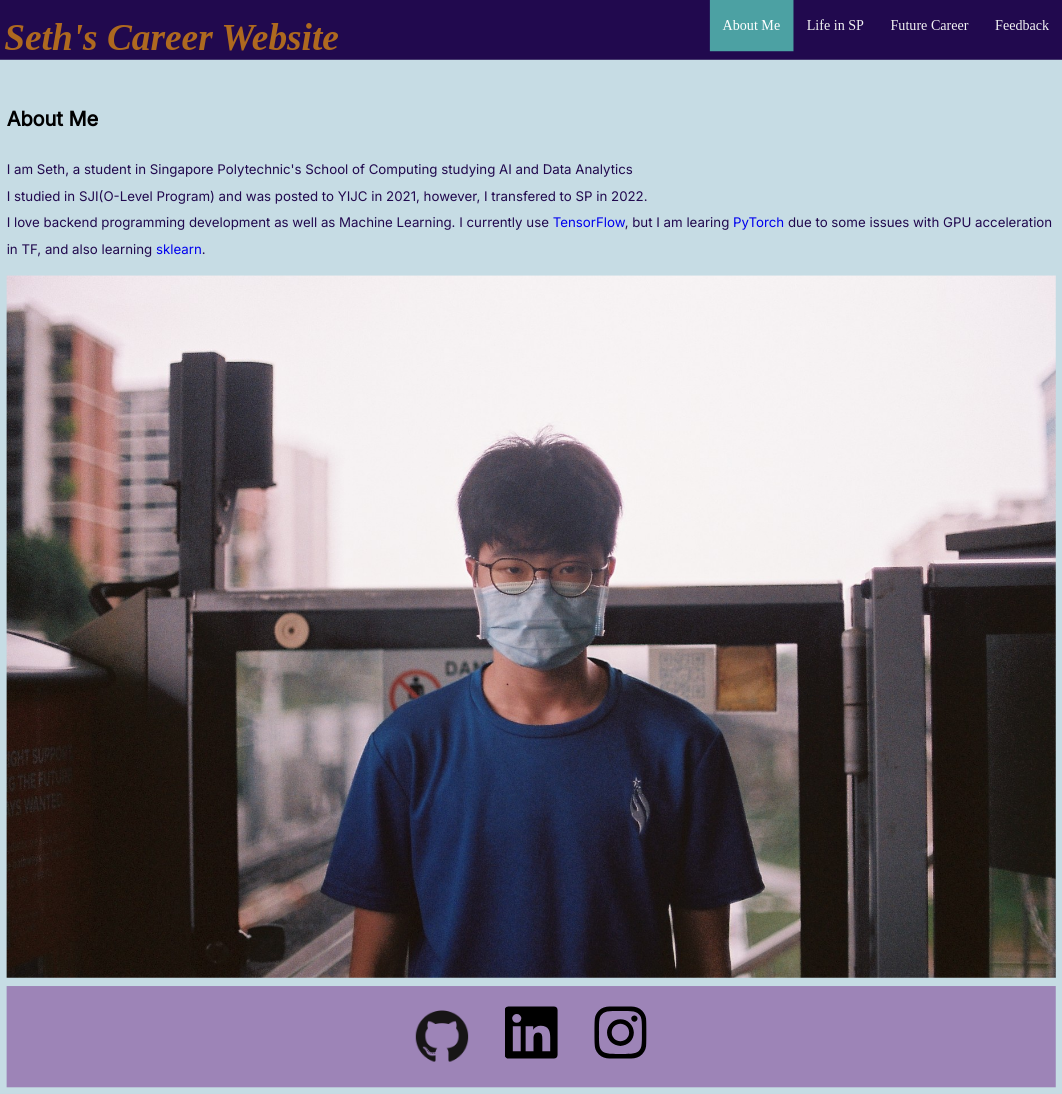
Repository: idkSeth/SP-FED-Website
Page: index.html
The author's editor kept a record of every edit. The page is drawn from the files as they stood at one moment, then again after the next edit.
The browser window is 1280 px wide. The pictures show the whole page, at 83% of full size.
Some web fonts or font styles are not loaded; a fallback is used.

Above is the page before.

### index.html
<!DOCTYPE html>
<html lang="en">
<head>
    <title>Seth's Career Website</title>
    <meta charset="UTF-8">
    <script src="scripts.js"></script>
    <noscript>Your browser does not support JavaScript! Please use a browser that supports JavaScript.</noscript>
    <link rel="preconnect" href="https://fonts.googleapis.com">
    <link rel="preconnect" href="https://fonts.gstatic.com" crossorigin>
    <link href="https://fonts.googleapis.com/css2?family=ZCOOL+QingKe+HuangYou&display=swap" rel="stylesheet">
    <link href="https://fonts.googleapis.com/css2?family=Inter&family=Open+Sans&display=swap" rel="stylesheet">
    <link rel="stylesheet" href="styles.css">
</head>

<body>
    <header>
        <a class="awesome" href="index.html">Seth's Career Website</a>
        <div class="topnav">
            <a class="current" href="index.html">About Me</a>
            <a href="life.html">Life in SP</a>
            <a href="future.html">Future Career</a>
            <a href="feedback.html">Feedback</a>
        </div>
    </header>

        <div id="about">
            <h2>About Me</h2>
            <p>
                I am Seth, a student in Singapore Polytechnic's School of Computing studying AI and Data Analytics <br>
                I studied in SJI(O-Level Program) and was posted to YIJC in 2021, however, I transfered to SP in 2022. <br>
                I love backend programming development as well as Machine Learning. I currently use <a href="https://www.tensorflow.org/" target="_blank" rel="noopener">TensorFlow</a>, but I am learing <a href="https://pytorch.org/" target="_blank" rel="noopener">PyTorch</a> due to some issues with GPU acceleration in TF, and also learning <a href="https://scikit-learn.org/" target="_blank" rel="noopener">sklearn</a>.
            </p>
            <img id="seth-photo" src="images/F1000028.JPG" alt="Photo of Seth">
        </div>



        <footer>
            <div id="social">
                <a href="https://github.com/idkSeth" target="_blank" rel="noopener"><img src="images/icons/GitHub-Mark-120px-plus.png" alt="GitHub"></a>
                <a href="https://www.linkedin.com/in/seth-yong-00672b229/" target="_blank" rel="noopener"><img src="/images/icons/linkedin-brands.svg" alt="LinkedIn"></a>
                <a href="https://www.instagram.com/ds047_seth" target="_blank" rel="noopener"><img src="/images/icons/instagram-brands.svg" alt="Instagram"></a>
            </div>
        </footer>
</body>

### styles.css
body {
    background-color:  #C6DCE4;
    margin-top: 100px;
    padding: 0;
    font-family: 'Inter', sans-serif;
    font-weight: normal;
    line-height: 2;
}

#about {
    align-content: center;
    margin: auto;
    padding: auto;
    text-align: center;
    top: 50%;
    text-align: left;
    margin: auto;
    width: 100%;
    height: 100%;
}

#social {
  text-align: center;
  width: 100%;
}

#social a img {
  width: 5%;
  padding: 20px;
}

p {
    color:#21094E;
}

img {
  object-fit: contain;
  width: 100%;
  margin: auto;
}

footer {
  background-color: #9D84B7;
  bottom: 0;
  left: 0;
  width: 100%;
  margin: 0;
  padding: 0;
}


header {
  font-family: 'ZCOOL QingKe HuangYou', cursive;
  background-color: #21094E;
  min-width: 100%;
  width: 100%;
  height: 10%;
  left: 0;
  top: 0;
  position: absolute;
}

header a {
  padding-left: 5px;
}


/* Add a black background color to the top navigation */
.topnav {
  overflow: hidden;
  float: right;
}

/* Style the links inside the navigation bar */
.topnav a {
  float: left;
  color: #f2f2f2;
  text-align: center;
  padding: 14px 16px;
  text-decoration: none;
  font-size: 17px;
  height: 10%;
}

/* Change the color of links on hover */
.topnav a:hover {
  background-color: #ddd;
  color: black;
}

/* Highlight current page */
.topnav .current {
  background-color: #4CA1A3;
  color: white;
}

a {
  text-decoration: None;
}
.awesome {
    font-family: futura;
    font-style: italic;
    color: #313131;
    font-size: 45px;
    font-weight: bold;
    -webkit-animation: colorchange 20s infinite alternate;
  }

  @-webkit-keyframes colorchange {
    0% {
      color: blue;
    }
    10% {
      color: #8e44ad;
    }
    20% {
      color: #1abc9c;
    }
    30% {
      color: #d35400;
    }
    40% {
      color: blue;
    }
    50% {
      color: #34495e;
    }
    60% {
      color: blue;
    }
    70% {
      color: #2980b9;
    }
    80% {
      color: #f1c40f;
    }
    90% {
      color: #2980b9;
    }
    100% {
      color: pink;
    }
  }

input[type=text], input[type=email] {
  width: 100%;
  padding: 12px 20px;
  margin: 8px 0;
  box-sizing: border-box;
}

input[type=text]:focus, input[type=email]:focus {
  border: 3px solid #555;
}

input[type=button], input[type=submit], input[type=reset] {
  background-color: #04AA6D;
  border: none;
  color: white;
  padding: 16px 32px;
  text-decoration: none;
  margin: 4px 2px;
  cursor: pointer;
}

table.timetable {
  width: 100%;
  background-color: #d5d5d5;
  border-collapse: collapse;
  border-width: 2px;
  border-color: #091353;
  border-style: solid;
  color: #091353;
  margin-bottom: 10px;
}

table.timetable td, table.timetable th {
  border-width: 2px;
  border-color: #091353;
  border-style: solid;
  padding: 3px;
}

table.timetable thead {
  background-color: #9d84b7;
}

table.courses {
  width: 25%;
  background-color: #d5d5d5;
  border-collapse: collapse;
  border-width: 2px;
  border-color: #091353;
  border-style: solid;
  color: #091353;
  margin-bottom: 10px;
}

table.courses td, table.courses th {
  border-width: 2px;
  border-color: #091353;
  border-style: solid;
  padding: 3px;
}

table.courses thead {
  background-color: #9d84b7;
}

li {
  display: inline;
}

Loaded but not shown: scripts.js (no stored copy; drawn as an empty file)

After the next edit:
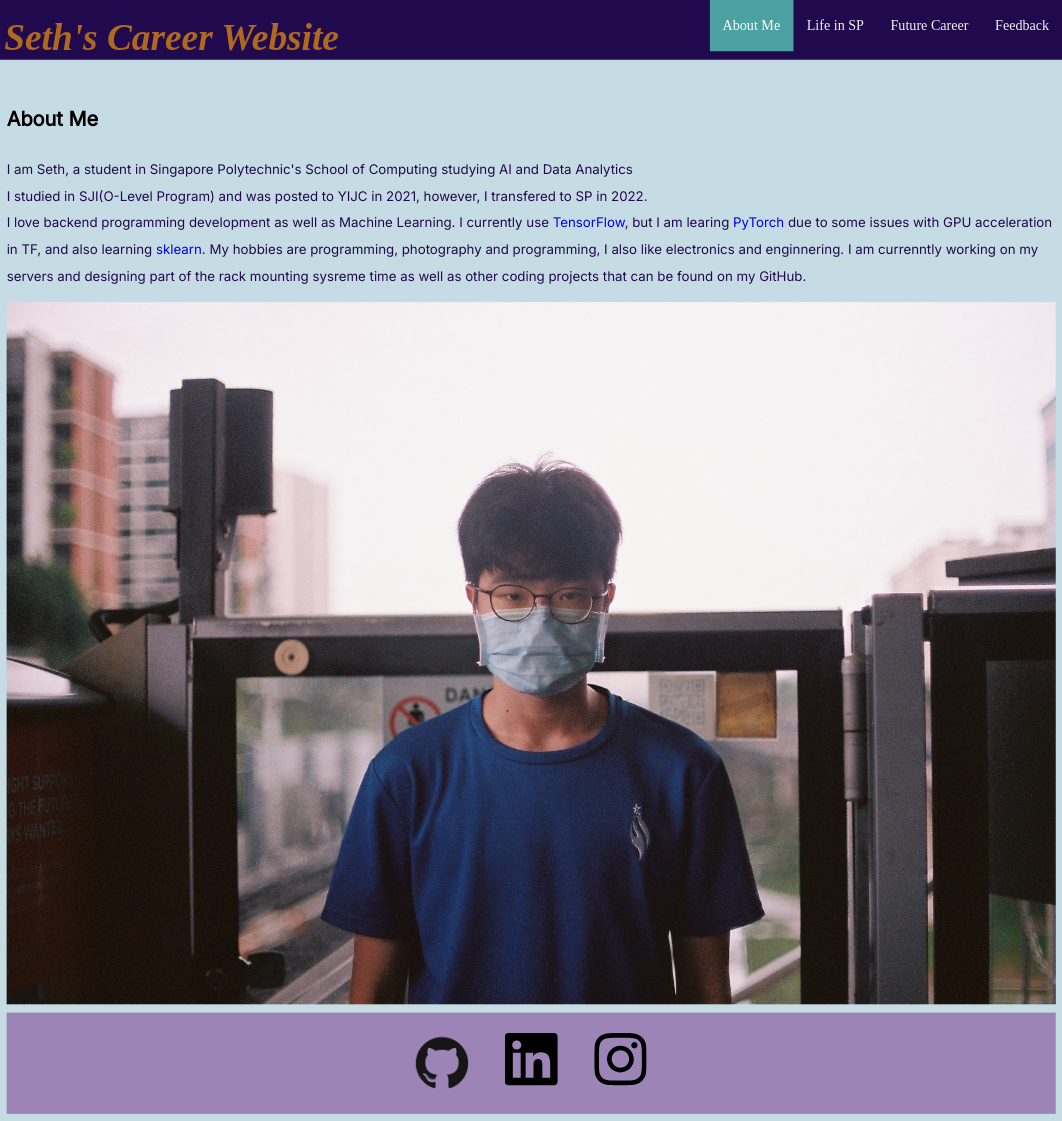
The edit:
--- a/index.html
+++ b/index.html
@@ -29,8 +29,10 @@
                 I am Seth, a student in Singapore Polytechnic's School of Computing studying AI and Data Analytics <br>
                 I studied in SJI(O-Level Program) and was posted to YIJC in 2021, however, I transfered to SP in 2022. <br>
                 I love backend programming development as well as Machine Learning. I currently use <a href="https://www.tensorflow.org/" target="_blank" rel="noopener">TensorFlow</a>, but I am learing <a href="https://pytorch.org/" target="_blank" rel="noopener">PyTorch</a> due to some issues with GPU acceleration in TF, and also learning <a href="https://scikit-learn.org/" target="_blank" rel="noopener">sklearn</a>.
+                My hobbies are programming, photography and programming, I also like electronics and enginnering.
+                I am currenntly working on my servers and designing part of the rack mounting sysreme time as well as other coding projects that can be found on my GitHub.
             </p>
-            <img id="seth-photo" src="images/F1000028.JPG" alt="Photo of Seth">
+            <img src="images/F1000028.JPG" alt="Photo of Seth">
         </div>
 
 
